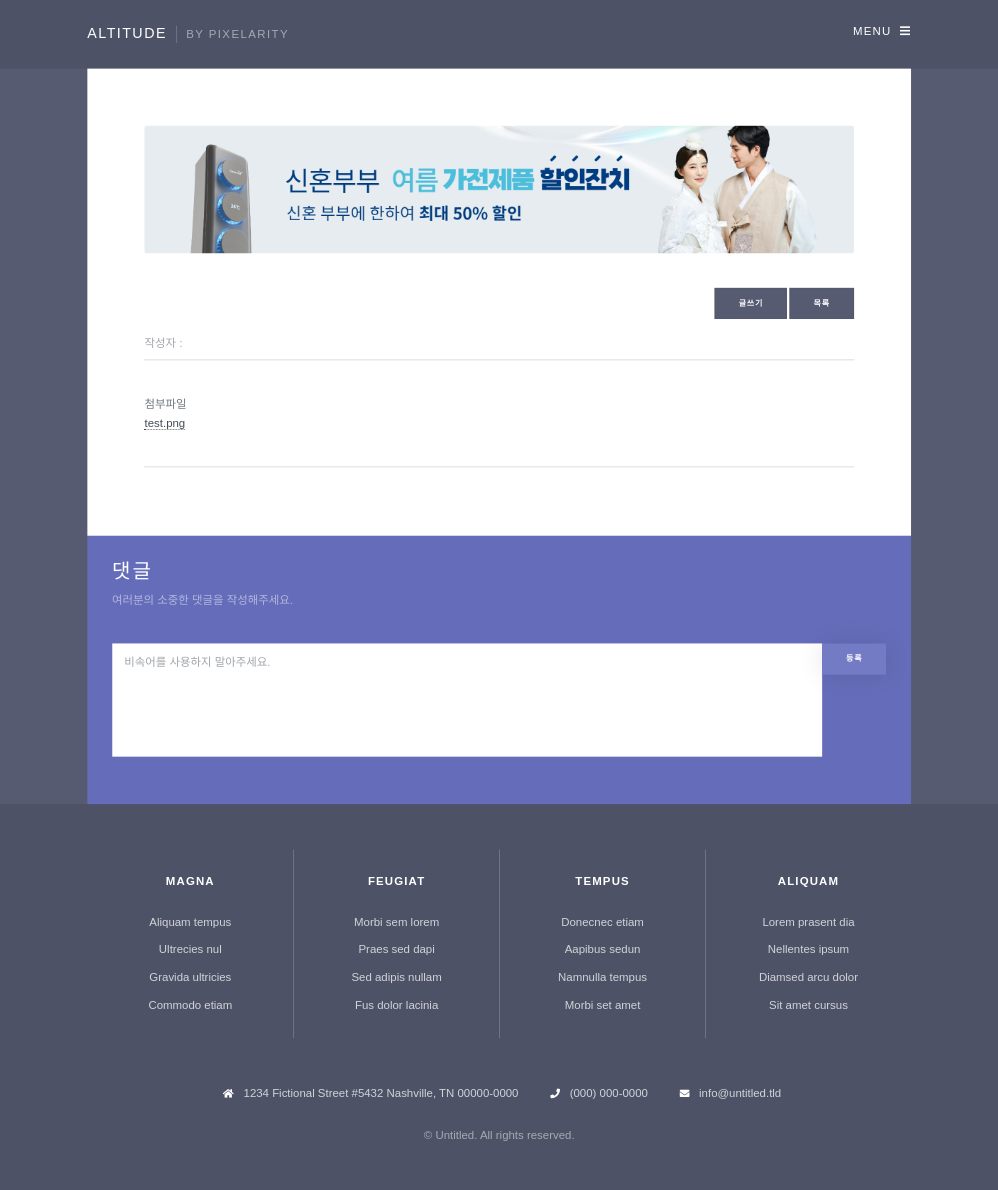
Repository: kkkukkk/Study-JSP
Page: http://localhost/boardMVC/app/board/boardDetail.jsp
An editor plug-in stored every save of this project. The page is shown before and after the next save, followed by the edit.
The browser window is 1280 px wide. The pictures show the whole page, at 78% of full size.
Some web fonts or font styles are not loaded; a fallback is used. The page is served by Tomcat 9. Other server files are loaded and not shown.

Above is the page before, as saved 2022-02-24 05:06:43.

### workspace/boardMVC/WebContent/app/board/boardDetail.jsp
<%@ page language="java" contentType="text/html; charset=UTF-8"
    pageEncoding="UTF-8"%>
<%@ taglib uri="http://java.sun.com/jsp/jstl/core" prefix="c" %>
<%@ taglib uri="http://java.sun.com/jsp/jstl/functions" prefix="fn" %>
<!DOCTYPE HTML>
<!--
   Altitude by Pixelarity
   pixelarity.com | hello@pixelarity.com
   License: pixelarity.com/license
-->
<html>
   <head>
      <title>Untitled</title>
      <meta charset="utf-8" />
      <meta name="viewport" content="width=device-width, initial-scale=1, user-scalable=no" />
      <link rel="stylesheet" href="${pageContext.request.contextPath}/assets/css/main.css" />
      <style>
         form textarea{
            border-radius:0;
            resize:none;
            color:black !important;
         }

         form div#reply{
            display:flex;
            margin-bottom:3%;
         }

         input[type='submit']:not(#register), input[type='button'] {border-radius:0;}

         ul.actions li {
             padding: 0 0 0 0.2em;
         }

         p.content{
            width:63%;
         }

         p.writer{
            width:20%;
            font-weight:bold;
         }

      </style>
   </head>
   <body class="is-preload">
   		<c:set var="board" value="${board}"/>
      <!-- Page Wrapper -->
         <div id="page-wrapper">

            <!-- Wrapper -->
               <div class="wrapper">
                  <div class="inner">
                     <jsp:include page="/app/fix/header.jsp"/>
                  </div>
               </div>

            <!-- Wrapper -->
               <div class="wrapper">
                  <div class="inner">

                     <!-- Main -->
                     <section class="main">
                        <a href="#" class="image main"><img src="${pageContext.request.contextPath}/images/boardView.png" alt="" /></a>
                        <div class="col-12">
                           <ul class="actions" style="display:flex; justify-content:flex-end;">
                              <li><input type="button" value="글쓰기" class="primary"/></li>
                              <li><input type="button" value="목록" class="primary" onclick="location.href = '${pageContext.request.contextPath}/board/BoardListOk.bo'"/></li>
                           </ul>
                        </div>
                        <header class="major">

                           <h2 style="text-align:left;">${board.getBoardTitle()}</h2>
                           <p style="text-align:left; margin-bottom:1%">작성자 : ${board.getMemberId()}</p>
                        </header>
                        <hr style="margin-top:0;">
                           <div>
                              첨부파일
                           </div>
                           <!-- 첨부파일 목록 -->
                           <a>test.png</a>
                           <br>
                        <hr />
                        <!-- 내용 -->
                        <h3><pre>${board.getBoardContent()}</pre></h3>
                     </section>
                     <section class="main accent2" style="padding:3%">
                        <header class="major" style="text-align:left;">
                           <h2>댓글</h2>
                           <p>여러분의 소중한 댓글을 작성해주세요.</p>
                        </header>
                        <form method="post" action="#" class="combined" style="width:auto;">
                           <textarea name="content" id="content" placeholder="비속어를 사용하지 말아주세요." class="invert" rows="5" style="border-radius:0; resize:none;"></textarea>
                           <input id="register" type="button" class="primary" value="등록"/>
                        </form>
                        <form id="replies" class="combined" style="flex-direction:column; margin:0; display:contents;">
                        </form>
                     </section>
                  </div>
               </div>

            <!-- Wrapper -->
               <div class="wrapper">
                  <div class="inner">

                     <!-- Footer -->
                        <footer id="footer">
                           <section class="links">
                              <div>
                                 <h3>Magna</h3>
                                 <ul class="plain">
                                    <li><a href="#">Aliquam tempus</a></li>
                                    <li><a href="#">Ultrecies nul</a></li>
                                    <li><a href="#">Gravida ultricies</a></li>
                                    <li><a href="#">Commodo etiam</a></li>
                                 </ul>
                              </div>
                              <div>
                                 <h3>Feugiat</h3>
                                 <ul class="plain">
                                    <li><a href="#">Morbi sem lorem</a></li>
                                    <li><a href="#">Praes sed dapi</a></li>
                                    <li><a href="#">Sed adipis nullam</a></li>
                                    <li><a href="#">Fus dolor lacinia</a></li>
                                 </ul>
                              </div>
                              <div>
                                 <h3>Tempus</h3>
                                 <ul class="plain">
                                    <li><a href="#">Donecnec etiam</a></li>
                                    <li><a href="#">Aapibus sedun</a></li>
                                    <li><a href="#">Namnulla tempus</a></li>
                                    <li><a href="#">Morbi set amet</a></li>
                                 </ul>
                              </div>
                              <div>
                                 <h3>Aliquam</h3>
                                 <ul class="plain">
                                    <li><a href="#">Lorem prasent dia</a></li>
                                    <li><a href="#">Nellentes ipsum</a></li>
                                    <li><a href="#">Diamsed arcu dolor</a></li>
                                    <li><a href="#">Sit amet cursus</a></li>
                                 </ul>
                              </div>
                           </section>
                           <ul class="contact-icons">
                              <li class="icon solid fa-home">1234 Fictional Street #5432 Nashville, TN 00000-0000</li>
                              <li class="icon solid fa-phone"><a href="#">(000) 000-0000</a></li>
                              <li class="icon solid fa-envelope"><a href="#">info@untitled.tld</a></li>
                           </ul>
                           <p class="copyright">&copy; Untitled. All rights reserved.</p>
                        </footer>

                  </div>
               </div>

         </div>

      <!-- Scripts -->
         <script src="${pageContext.request.contextPath}/assets/js/jquery.min.js"></script>
         <script src="${pageContext.request.contextPath}/assets/js/browser.min.js"></script>
         <script src="${pageContext.request.contextPath}/assets/js/breakpoints.min.js"></script>
         <script src="${pageContext.request.contextPath}/assets/js/util.js"></script>
         <script src="${pageContext.request.contextPath}/assets/js/main.js"></script>
   </body>
</html>

### workspace/boardMVC/WebContent/app/fix/header.jsp
<%@ page language="java" contentType="text/html; charset=UTF-8"
    pageEncoding="UTF-8"%>
<%@ taglib uri="http://java.sun.com/jsp/jstl/core" prefix="c" %>
<header id="header">
	<a href="index.html" class="logo">Altitude <span>by Pixelarity</span></a>
	<nav>
		<ul>
			<li><a href="#menu">Menu</a></li>
		</ul>
	</nav>
</header>

<!-- Nav -->
<nav id="menu">
	<ul class="actions stacked">
		<c:choose>
			<c:when test="${memberNumber eq null}">
				<li><a href="${pageContext.request.contextPath }/member/MemberJoin.me" class="button primary fit">회원가입</a></li>
				<li><a href="${pageContext.request.contextPath }/member/MemberLogin.me" class="button fit">로그인</a></li>
			</c:when>
			<c:otherwise>
				<li><a href="${pageContext.request.contextPath }/member/MemberLogout.me" class="button fit">로그아웃</a></li>
			</c:otherwise>
		</c:choose>
	</ul>
</nav>

Loaded but not shown: workspace/boardMVC/WebContent/assets/js/jquery.min.js (library); workspace/boardMVC/WebContent/assets/js/browser.min.js (common file); workspace/boardMVC/WebContent/assets/js/breakpoints.min.js (common file); workspace/boardMVC/WebContent/assets/css/fontawesome-all.min.css (library); workspace/boardMVC/WebContent/assets/js/util.js (587 lines, source omitted); workspace/boardMVC/WebContent/assets/js/main.js (337 lines, source omitted); workspace/boardMVC/WebContent/assets/css/main.css (5511 lines, source omitted)

After the next save:
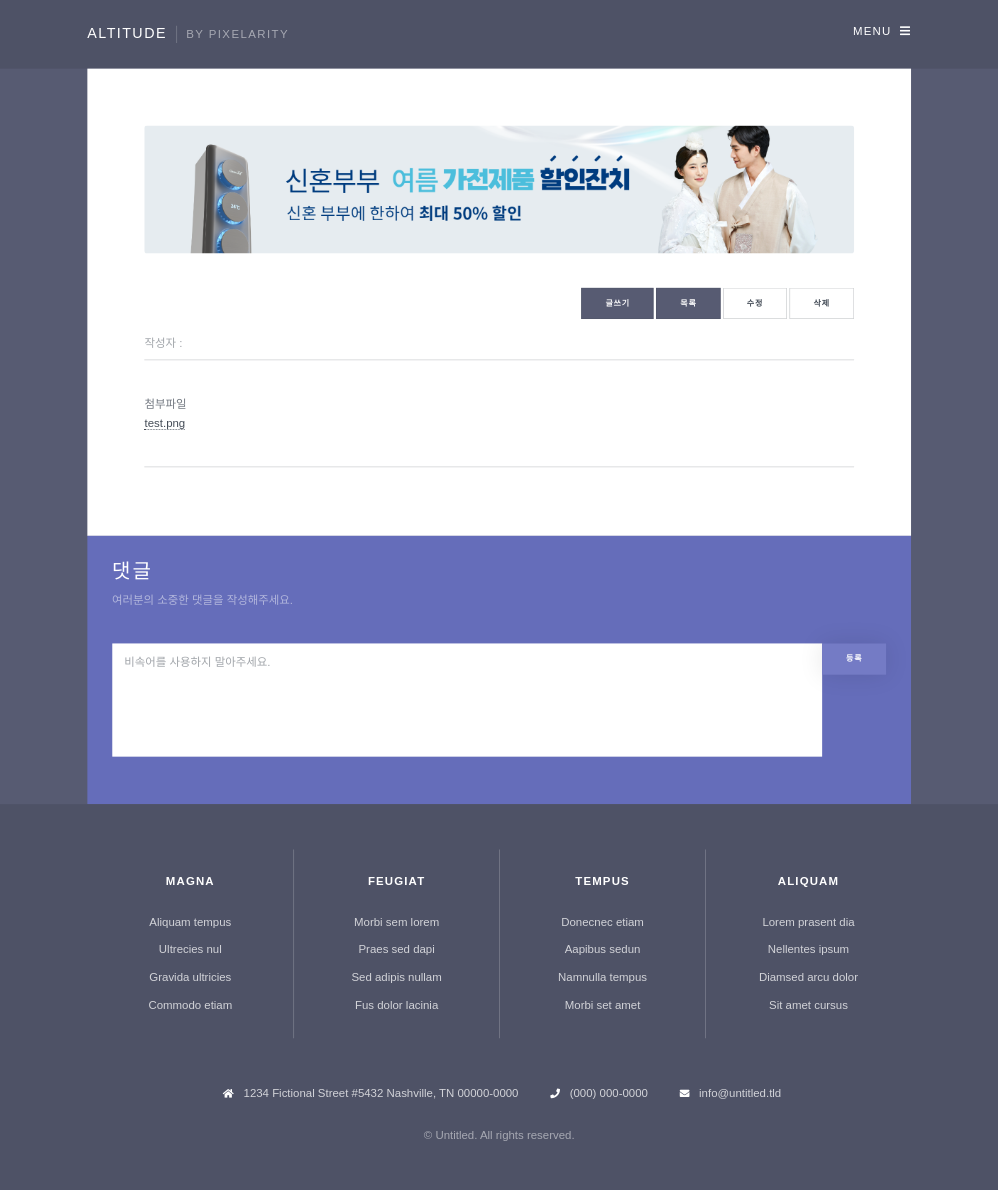
Saved 47 s later.
--- a/workspace/boardMVC/WebContent/app/board/boardDetail.jsp
+++ b/workspace/boardMVC/WebContent/app/board/boardDetail.jsp
@@ -66,6 +66,8 @@
                            <ul class="actions" style="display:flex; justify-content:flex-end;">
                               <li><input type="button" value="글쓰기" class="primary"/></li>
                               <li><input type="button" value="목록" class="primary" onclick="location.href = '${pageContext.request.contextPath}/board/BoardListOk.bo'"/></li>
+                              <li><input type="button" value="수정" /></li>
+                              <li><input type="button" value="삭제" onclick="location.href = '${pageContext.request.contextPath}/board/BoardListOk.bo'"/></li>
                            </ul>
                         </div>
                         <header class="major">
